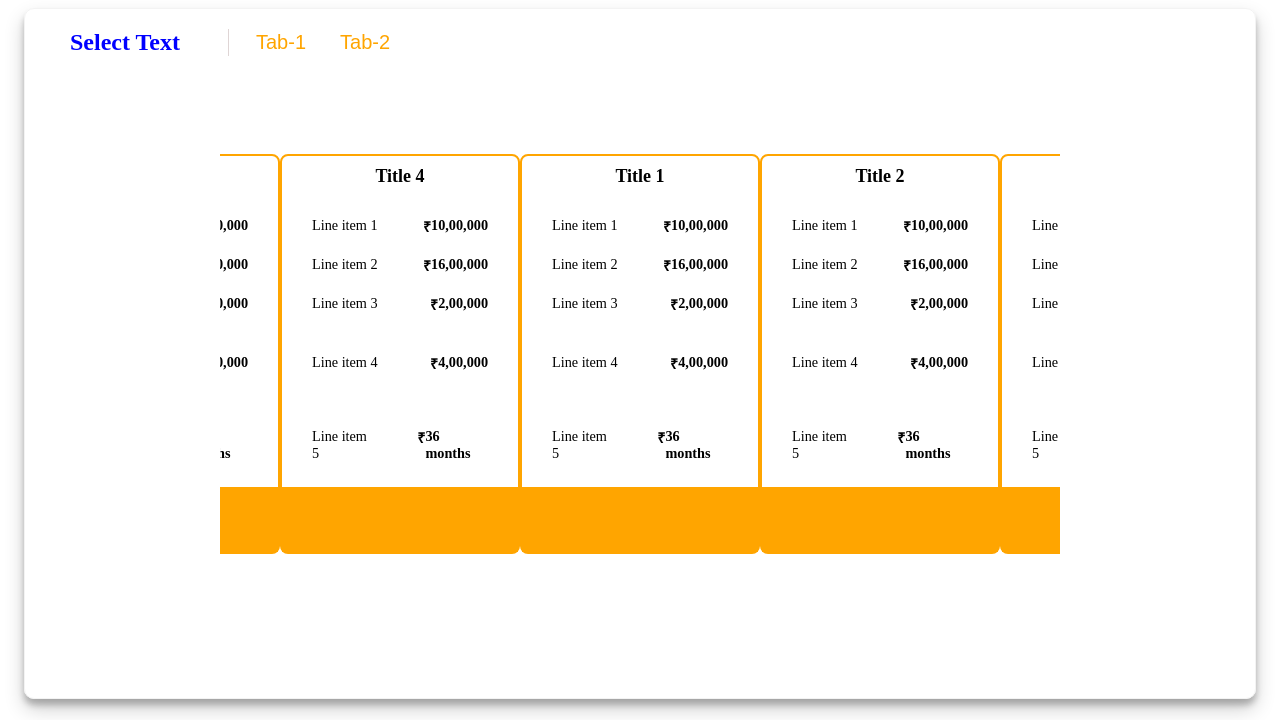
Repository: Adityanarayan-tiwari/Cardbox
Page: index.html
The author's editor kept a copy of each file at every save. The page is drawn from the files as they stood at one save, then again after a run of saves.
The browser window is 1280 px wide. The pictures show the whole page.

Above is the page before, as saved 2020-07-25 13:07:13.

### index.html
<!DOCTYPE html>
<html lang="en">
<head>
    <meta charset="UTF-8">
    <meta name="viewport" content="width=device-width, initial-scale=1.0">
    <title>CardBox</title>
    <link rel="stylesheet" href="./index.css">
</head>
<body>




    <!-- Page Wrapper -->
    <div class="page-wrapper">
        <div class="page-heading">
            <h2>Select Text</h2>
            <button class="prev">Tab-1</button>
            <button class="next">Tab-2</button>
        </div>

        <!-- Card Slider -->
        <div class="card-slider">

            <!--  Card Wrapper -->
                <div class="card-wrapper">
                    <div class="card">
                        <h3>Title 1</h3>
                    <div class="card-content">
                        <ul>
                            <li>Line item 1</li>
                            <li><span>&#8377</span>10,00,000</li>
                        </ul>
                        <ul>
                            <li>Line item 2</li>
                            <li><span>&#8377</span>16,00,000</li>
                        </ul>
                        <ul>
                            <li>Line item 3</li>
                            <li><span>&#8377</span>2,00,000</li>
                        </ul>
                        <ul>
                            <li>Line item 4</li>
                            <li><span>&#8377</span>4,00,000</li>
                        </ul>
                        <ul>
                            <li>Line item 5</li>
                            <li><span>&#8377</span>36 months</li>
                        </ul>
                    </div>
                    <div class="lower"></div>
                    </div>
                    <div class="card">
                        <h3>Title 2</h3>
                    <div class="card-content">
                        <ul>
                            <li>Line item 1</li>
                            <li><span>&#8377</span>10,00,000</li>
                        </ul>
                        <ul>
                            <li>Line item 2</li>
                            <li><span>&#8377</span>16,00,000</li>
                        </ul>
                        <ul>
                            <li>Line item 3</li>
                            <li><span>&#8377</span>2,00,000</li>
                        </ul>
                        <ul>
                            <li>Line item 4</li>
                            <li><span>&#8377</span>4,00,000</li>
                        </ul>
                        <ul>
                            <li>Line item 5</li>
                            <li><span>&#8377</span>36 months</li>
                        </ul>
                    </div>
                    <div class="lower"></div>
                    </div>
                    <div class="card">
                        <h3>Title 3</h3>
                    <div class="card-content">
                        <ul>
                            <li>Line item 1</li>
                            <li><span>&#8377</span>10,00,000</li>
                        </ul>
                        <ul>
                            <li>Line item 2</li>
                            <li><span>&#8377</span>16,00,000</li>
                        </ul>
                        <ul>
                            <li>Line item 3</li>
                            <li><span>&#8377</span>2,00,000</li>
                        </ul>
                        <ul>
                            <li>Line item 4</li>
                            <li><span>&#8377</span>4,00,000</li>
                        </ul>
                        <ul>
                            <li>Line item 5</li>
                            <li><span>&#8377</span>36 months</li>
                        </ul>
                    </div>
                    <div class="lower"></div>
                    </div>
                    <div class="card">
                        <h3>Title 4</h3>
                    <div class="card-content">
                        <ul>
                            <li>Line item 1</li>
                            <li><span>&#8377</span>10,00,000</li>
                        </ul>
                        <ul>
                            <li>Line item 2</li>
                            <li><span>&#8377</span>16,00,000</li>
                        </ul>
                        <ul>
                            <li>Line item 3</li>
                            <li><span>&#8377</span>2,00,000</li>
                        </ul>
                        <ul>
                            <li>Line item 4</li>
                            <li><span>&#8377</span>4,00,000</li>
                        </ul>
                        <ul>
                            <li>Line item 5</li>
                            <li><span>&#8377</span>36 months</li>
                        </ul>
                    </div>
                    <div class="lower"></div>
                    </div>
                </div>
            <!-- // Card Wrapper -->

        </div>
        <!-- // Card Slider -->

    </div>
    <!-- // Page Wrapper -->







    <!-- JQuery cdn Link -->
    <script src="https://code.jquery.com/jquery-3.5.1.slim.min.js"></script>

    <!-- Slick Carousel JS cdn Link -->
    <script type="text/javascript" src="https://cdn.jsdelivr.net/npm/slick-carousel@1.8.1/slick/slick.min.js"></script>

    <!-- Custom JavaScript -->
    <script src="./index.js"></script>
</body>
</html>

### index.css




.page-wrapper{
    max-width: 1200px;
    margin: 0 auto;
    padding: 0 15px;
    border: 1px solid #f3f3f3;
    box-shadow: 0 10px 20px rgba(0,0,0,0.19), 0 6px 6px rgba(0,0,0,0.23);
    border-radius: 10px;
}



.page-heading{
    display: flex;
}
.page-heading h2 {
    margin: 20px 30px;
    color: blue;
    padding-right: 4%;
    border-right: 1px solid rgb(223, 213, 213);
    margin-right: 10px;
}
.page-heading .next,.prev {
    margin: 10px;
    display: block;
    background: transparent;
    border: 1px solid transparent;
    color: orange;
    font-size: 20px;
    outline: none;
    cursor: pointer;
}
.page-heading .next:hover{
    text-decoration: underline;
}
.page-heading .prev:hover{
    text-decoration: underline;
}



.card-slider{
    margin: 2% auto 0% auto;
    /* background-color:yellowgreen; */
    /* border: 1px solid black;     */
}
.card-slider .card-wrapper{
    width: 70%;
    height: 550px;
    margin: 0 auto;
    overflow: hidden;
    /* background-color: bisque; */
    /* border:1px solid green; */
    padding: 2% 0;
}


.card-slider .card-wrapper .card{
    max-width: 300px;
    min-height: 400px;
    margin: 30px 0px 20px 0px;

    border: 2px solid orange;
    border-radius: 8px;
    background:white;
    outline: none;
    box-sizing:border-box;

    display: inline-block;
    position: relative;
}
.card:hover:after{
    position: absolute;
    content:'';
    bottom:-15px;
    width: 100%;
    height: 6px;
    border-radius: 40%;
    background:rgb(247, 243, 243);
}


.card h3{
    font-size: 18px;
    margin:0 auto;
    margin-top: 10px;
    margin-bottom:0px;
    text-align: center;
}


.card-content{
    padding: 20px 10px;
    padding-bottom: 60px;
}
.card-content ul{
    padding: 0;
    margin: 0;
    padding: 10px 0;
    display: flex;
    justify-content: space-between;
}
.card-content ul li{
    list-style: none;
    display: flex;
    padding: 0 20px;
    font-size: 0.89em;
}
.card-content ul li:nth-child(2){
    font-weight: bold;
}

.card-content ul:nth-child(4) {
    padding-top: 30px;
    padding-bottom: 35px;
}
.card-content ul:nth-child(5){
    padding-top: 20px;
    padding-bottom: 5px;
}
.lower {
    width: 100%;
    background: orange;
    height: 65px;
    box-sizing: border-box;
    position: absolute;
    bottom: 0;
    padding-top: 10px;
}


    /* card hover  */

.card.active:hover {
    transform: scale(1.3);
    transition: 1s ease-in-out;
    z-index: 1;
}

.card.active:hover h3{
    background: orange;
    border-radius: 20px;
    color: white;
    padding: 1% 3% 4% 3%;
    position: absolute;
    top: -3%;
    left: 50%;
    transform: translate(-50%,-50%);
    width: 150px;
}
.card:hover .middle {
    padding-top: 50px;
    padding-bottom: 60px;
}





.card-wrapper .card:nth-child(1){
    order: 1;
    /* pointer-events: none; */
}
.card-wrapper .card:nth-child(2){
    order: 2;
}

### index.js
$(document).ready(function(){
    $('.card-wrapper').slick({
    slidesToShow: 3,
    slidesToScroll: 1,
    centerMode: true,
    centerPadding: '60px',
    nextArrow:$('.next'),
    prevArrow:$('.prev'),
    responsive: [
    {
        breakpoint: 1240,
        settings: {
            arrows: true,
            slidesToShow: 3
        }
        },
        {
        breakpoint: 768,
        settings: {
            arrows: false,
            slidesToShow: 3
        }
        },
        {
        breakpoint: 480,
        settings: {
            arrows: false,
            slidesToShow: 1
        }
        }
    ]
    });
    $('.card-wrapper').on('afterChange', function(event, slick, currentSlide){
        $('.card').removeClass('active');
        $('.card').addClass('active');
    });

    $('.card-wrapper').on('beforeChange', function(event, slick, currentSlide){
        $('.card').removeClass('active');
        $('.card').addClass('active');
    });
});

After the next 2 saves:
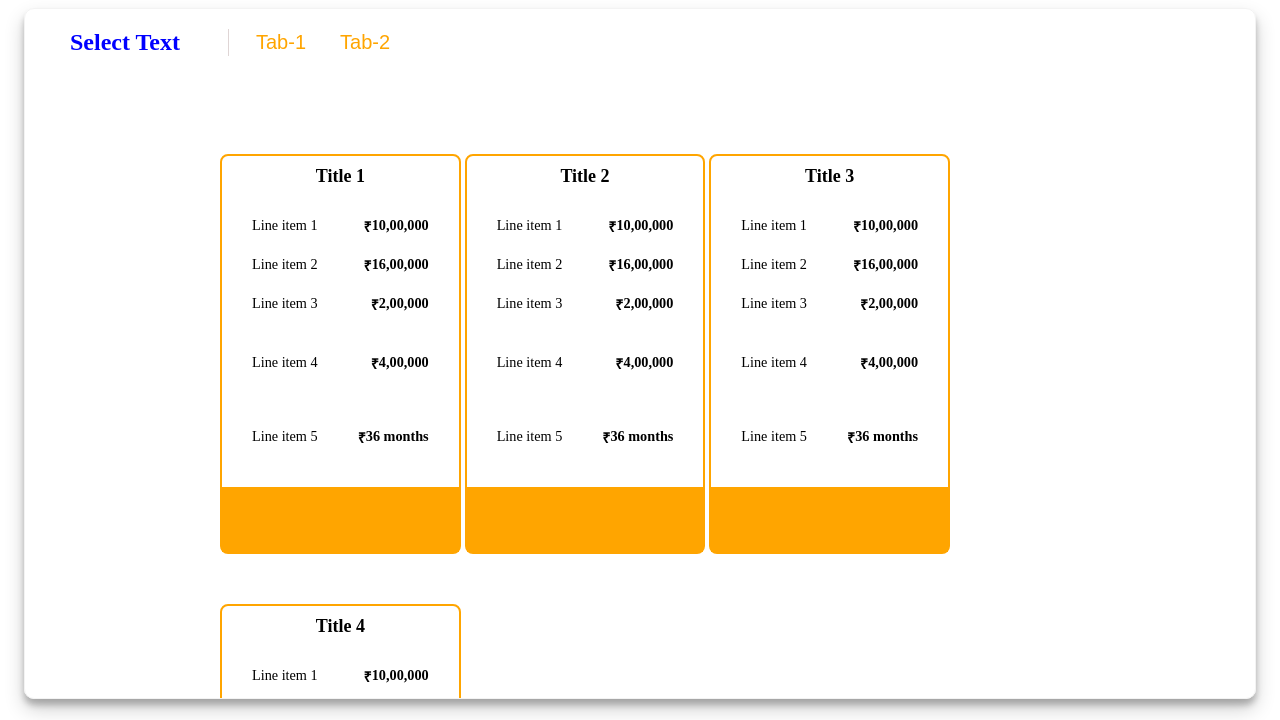
Console error: SyntaxError: Unexpected token '+'
The 2 saves are shown as one change because they came seconds apart.
The last was saved 3 min 2 s later.
--- a/index.js
+++ b/index.js
@@ -30,7 +30,7 @@
         }
     ]
     });
-    $('.card-wrapper').on('afterChange', function(event, slick, currentSlide){
+    $('.card-wrapper').on('afterChange', function(event, slick, currentSlide+1)){
         $('.card').removeClass('active');
         $('.card').addClass('active');
     });

After the 2 saves that followed:
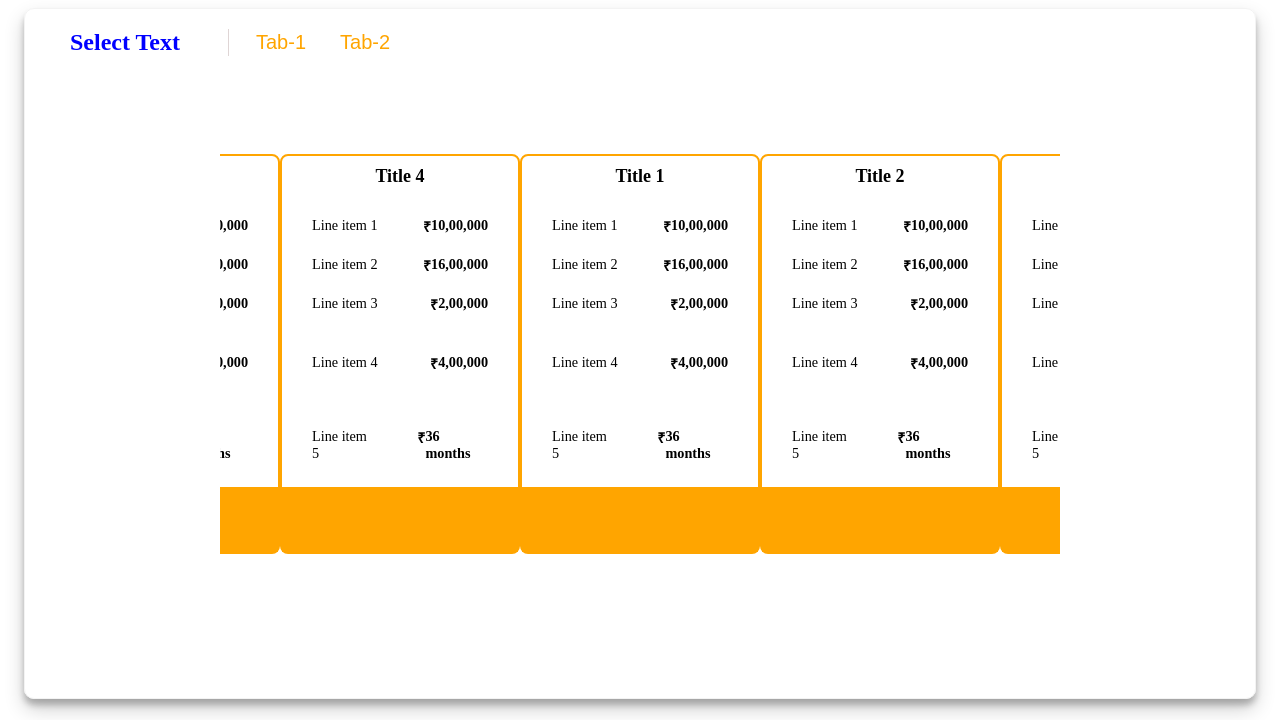
The error is gone.
The 2 saves are shown as one change because 1 left the picture as it was.
The last was saved 11 s later.
--- a/index.js
+++ b/index.js
@@ -30,7 +30,7 @@
         }
     ]
     });
-    $('.card-wrapper').on('afterChange', function(event, slick, currentSlide+1)){
+    $('.card-wrapper').on('afterChange', function(event, slick, currentSlide){
         $('.card').removeClass('active');
         $('.card').addClass('active');
     });
